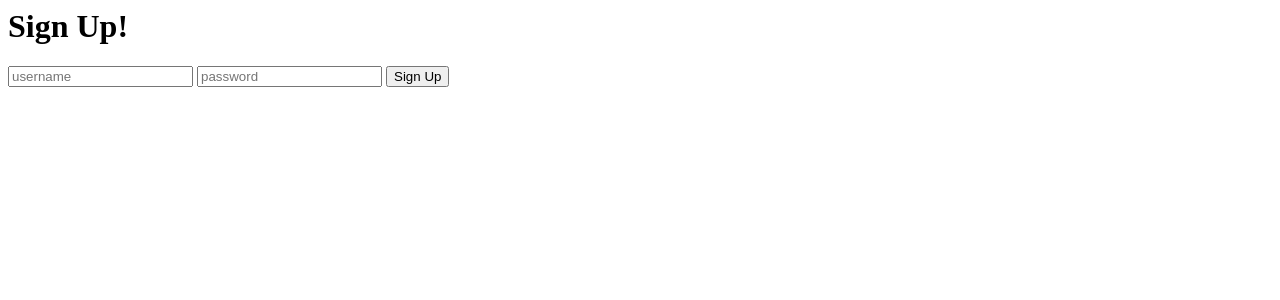
Repository: Bhitt/Cloud9_Projects
Page: http://localhost/register
The author's editor kept a record of every edit. The page is drawn from the files as they stood at one moment, then again after the next edit.
The browser window is 1280 px wide. The pictures show the whole page.
The page is served by the project's Node server (YelpCamp/v6/app.js). Other server files are loaded and not shown.

Above is the page before.

### webdevbootcamp/workspace/YelpCamp/v6/views/register.ejs
<h1>Sign Up!</h1>

<form action="/register" method="POST">
    <input type="text" name="username" placeholder="username">
    <input type="password" name="password" placeholder="password">
    <button>Sign Up</button>
</form>

### webdevbootcamp/workspace/YelpCamp/v6/app.js
var express     = require("express"),
    app         = express(),
    bodyParser  = require("body-parser"),
    mongoose    = require("mongoose"),
    passport    = require("passport"),
    LocalStrategy = require("passport-local"),
    Campground  = require("./models/campground"),
    Comment     = require("./models/comment"),
    User        = require("./models/user"),
    seedDB      = require("./seeds");


mongoose.connect("mongodb://localhost/yelp_camp_v6");
app.use(bodyParser.urlencoded({extended: true}));
app.set("view engine", "ejs");
app.use(express.static(__dirname + "/public"));
seedDB();


// PASSPORT CONFIGURATION
app.use(require("express-session")({
    secret: "The man who passes the sentence should swing the sword",
    resave: false,
    saveUninitialized: false
}));
app.use(passport.initialize());
app.use(passport.session());
passport.use(new LocalStrategy(User.authenticate()));
passport.serializeUser(User.serializeUser());
passport.deserializeUser(User.deserializeUser());

app.use(function(req,res,next){
    res.locals.currentUser = req.user;
    next();
});

app.get("/", function(req, res){
    res.render("landing");
});

//INDEX - Show all campgrounds
app.get("/campgrounds", function(req, res){
    //Get all campgrounds from db
    Campground.find({}, function(err, allCampgrounds){
        if(err){
            console.log(err);
        }else{
            // res.render("campgrounds/index", {campgrounds: allCampgrounds, currentUser: req.user});  //sends the current user info to this specific page, overwritten at top to send to every page for header
            res.render("campgrounds/index", {campgrounds: allCampgrounds});
        }
    });
});


//CREATE - add new campground to db
app.post("/campgrounds", function(req, res){
    //get data from form and add to campgrounds array
    var name = req.body.name;
    var image = req.body.image;
    var desc = req.body.description;
    var newCampground = {name: name, image: image, description:desc};
    //Create a new campground and save to the db
    Campground.create(newCampground, function(err, newlyCreated){
       if(err){
            console.log(err);
       }else{
            res.redirect("campgrounds");
       }
    });
    //redirect back to campgrounds page
});



//NEW - show form to create a new campground
app.get("/campgrounds/new", function(req, res){
   res.render("campgrounds/new");
});




//SHOW - shows more info about one campground
app.get("/campgrounds/:id", function(req, res){
    //find the campground with the provided ID
    Campground.findById(req.params.id).populate("comments").exec(function(err, foundCampground){
        if(err){
            console.log(err);
        }else{
            console.log(foundCampground);
            //render show template with that campground
            res.render("campgrounds/show", {campground:foundCampground});
        }
    });
});


// ============================================
// COMMENTS ROUTES
// ============================================
app.get("/campgrounds/:id/comments/new", isLoggedIn, function(req,res){
    //find campground by id
    Campground.findById(req.params.id, function(err, campground){
       if(err){
           console.log(err);
       } else {
           res.render("comments/new", {campground: campground});
       }
    });
});

app.post("/campgrounds/:id/comments", isLoggedIn, function(req, res){
   //lookup campground using ID
   Campground.findById(req.params.id, function(err, campground){
       if(err){
           console.log(err);
           res.redirect("/campgrounds");
       } else {
           Comment.create(req.body.comment, function(err, comment){
              if(err){
                  console.log(err);
              } else {
                  campground.comments.push(comment);
                  campground.save();
                  res.redirect("/campgrounds/"+ campground._id);
              }
           });
       }
   });
});

//=========================
// AUTH ROUTES
//=========================

//show register form
app.get("/register", function(req, res){
   res.render("register");
});
//handle sign up logic
app.post("/register", function(req, res){
    var newUser = new User({username: req.body.username});
    User.register(newUser, req.body.password, function(err, user){
        if(err){
            console.log(err);
            res.render("register");
        }
        passport.authenticate("local")(req, res, function(){
            res.redirect("/campgrounds");
        });
    });
});

//show login form
app.get("/login", function(req, res){
   res.render("login");
});
//handle login logic
app.post("/login", passport.authenticate("local",
    {
        successRedirect:"/campgrounds",
        failureRedirect: "/login"

    }), function(req, res){ //empty callback after middleware
});

//logout route
app.get("/logout", function(req,res){
    req.logout();
    res.redirect("/campgrounds");
});

function isLoggedIn(req, res, next){
    if(req.isAuthenticated()){
        return next();
    }
    res.redirect("/login");
}


app.listen(process.env.PORT, process.env.IP, function(){
    console.log("YelpCamp Server has started");
});

### webdevbootcamp/workspace/YelpCamp/v6/views/partials/header.ejs
<DOCTYPE html>
<html>
    <head>
        <title>YelpCamp</title>
        <link rel="stylesheet" href="https://maxcdn.bootstrapcdn.com/bootstrap/3.3.7/css/bootstrap.min.css">
        <link rel="stylesheet" href="/stylesheets/main.css">
    </head>
    <body>


    <nav class="navbar navbar-default">
        <div class="container-fluid">
            <div class="navbar-header">
                <a class="navbar-brand" href="/">YelpCamp</a>
            </div>
            <div class="collapse navbar-collapse">
                <ul class="nav navbar-nav navbar-right">
                    if(!currentUser){
                        <li> <a href="/login">Login</a> </li>
                        <li> <a href="/register">Sign Up</a> </li>
                    else
                        <li> <a href="/logout">Logout</a> </li>
                </ul>
            </div>
        </div>
    </nav>

### webdevbootcamp/workspace/YelpCamp/v6/public/stylesheets/main.css
.thumbnail img {
    width:100%;
}

.thumbnail {
    padding:0;
}

.thumbnail .caption-full {
    padding:9px;
}

After the next edit:
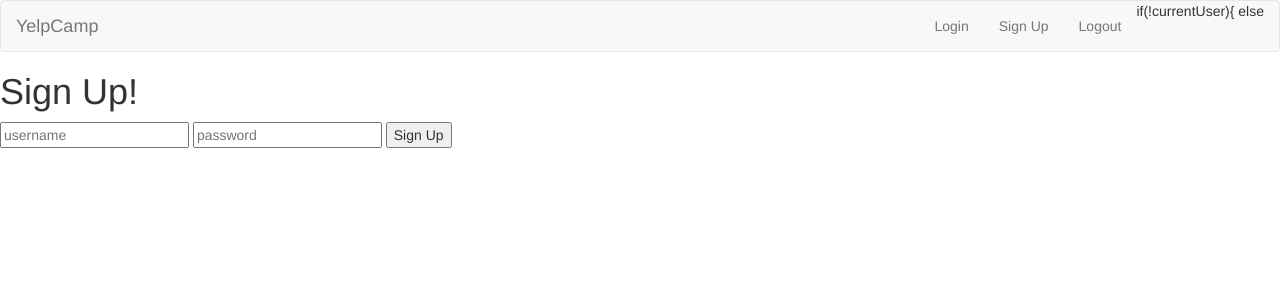
The edit:
--- a/webdevbootcamp/workspace/YelpCamp/v6/views/register.ejs
+++ b/webdevbootcamp/workspace/YelpCamp/v6/views/register.ejs
@@ -1,3 +1,5 @@
+<% include ./partials/header %>
+
 <h1>Sign Up!</h1>
 
 <form action="/register" method="POST">
